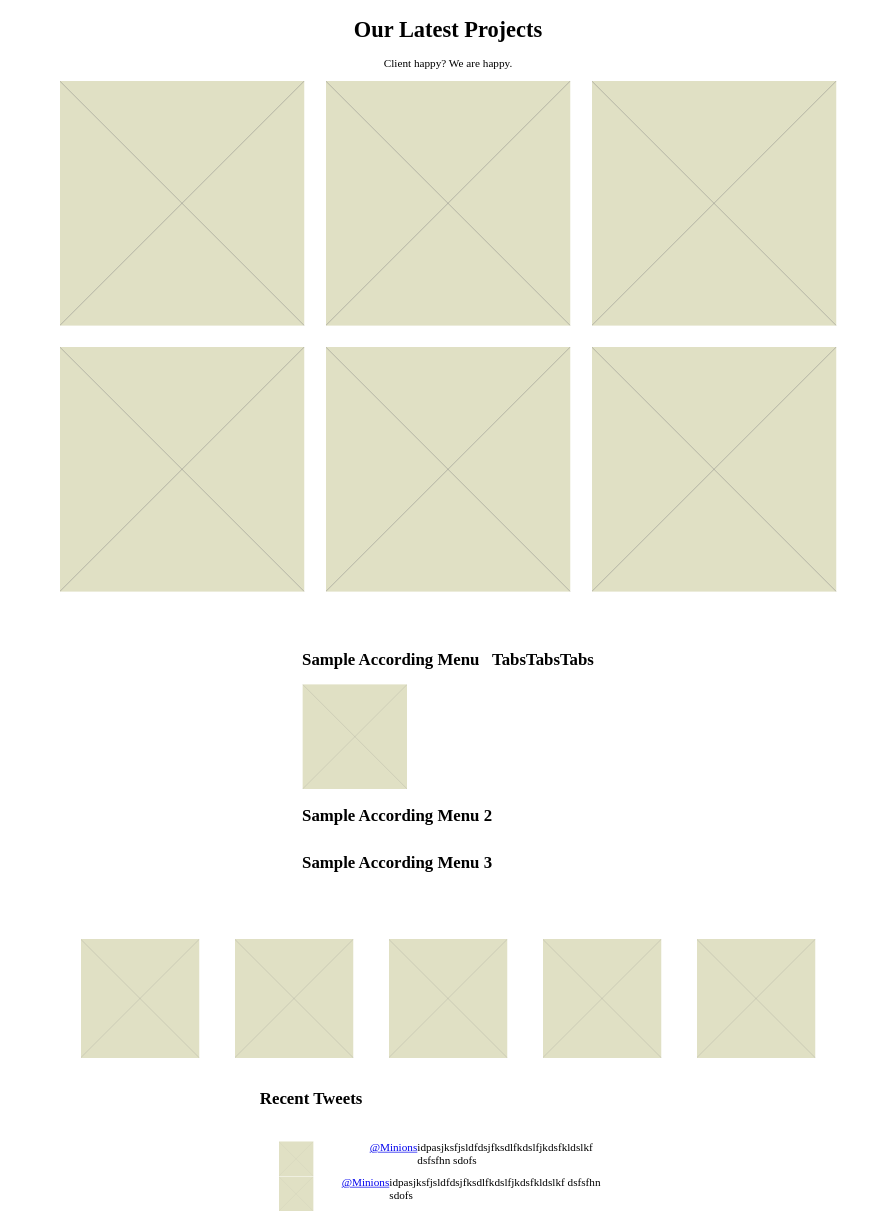
Repository: ReallyNguyen/responsive-web
Page: index.html
The author's editor kept a copy of each file at every save. The page is drawn from the files as they stood at one save, then again after the next save.
The browser window is 1280 px wide. The pictures show the part of the page from y = 928 to 2848 px (the page is 2686 px tall before and 2848 px after), at 70% of full size.

Above is the page before, as saved 2023-01-25 21:48:29.

After the next save:
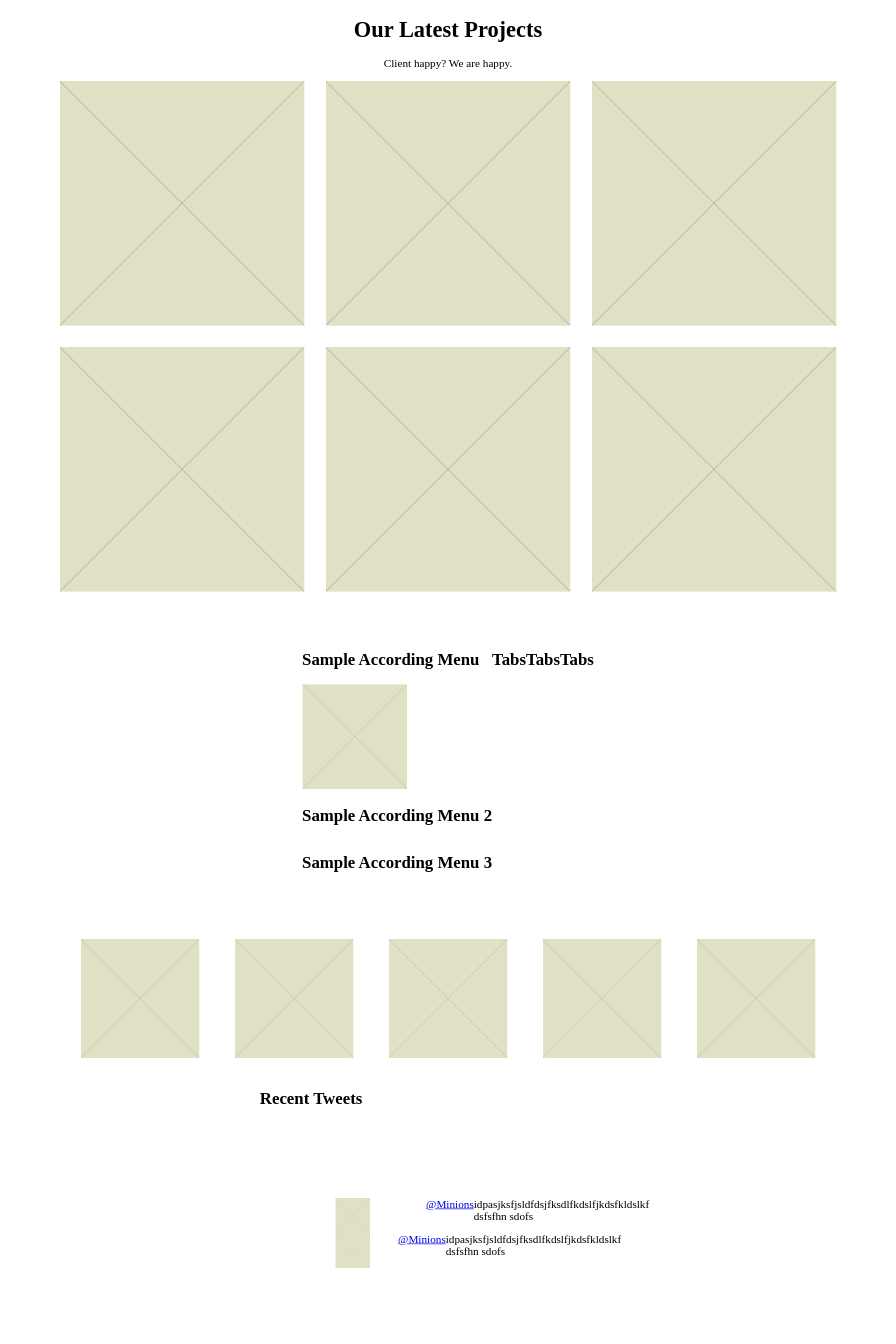
Saved 27 s later.
--- a/css/main.css
+++ b/css/main.css
@@ -14,7 +14,7 @@
   display: flex;
   justify-content: center;
   flex-direction: column;
-  padding: 5%;
+  padding: 20%;
 
 }
 

After the save that followed:
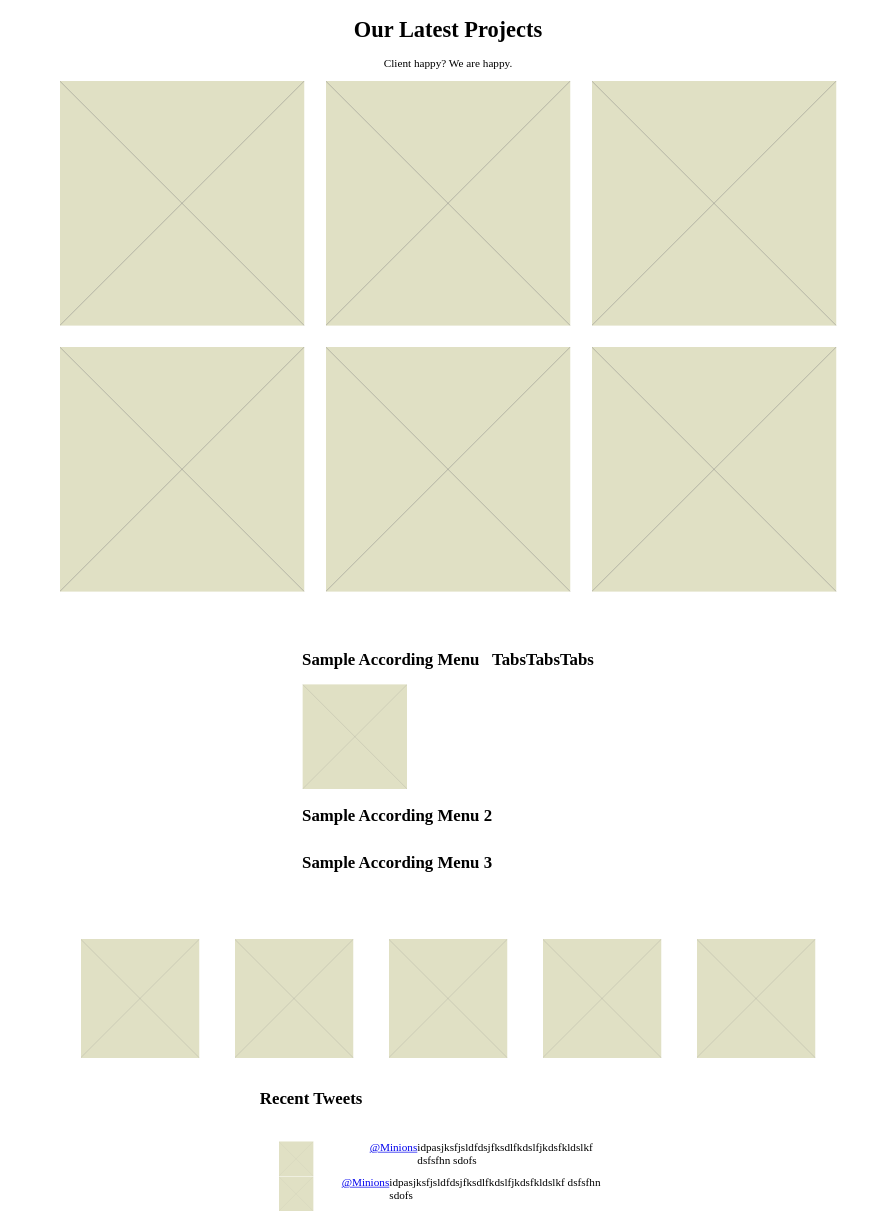
Saved 6 s later.
--- a/css/main.css
+++ b/css/main.css
@@ -14,7 +14,7 @@
   display: flex;
   justify-content: center;
   flex-direction: column;
-  padding: 20%;
+  padding: 5%;
 
 }
 
